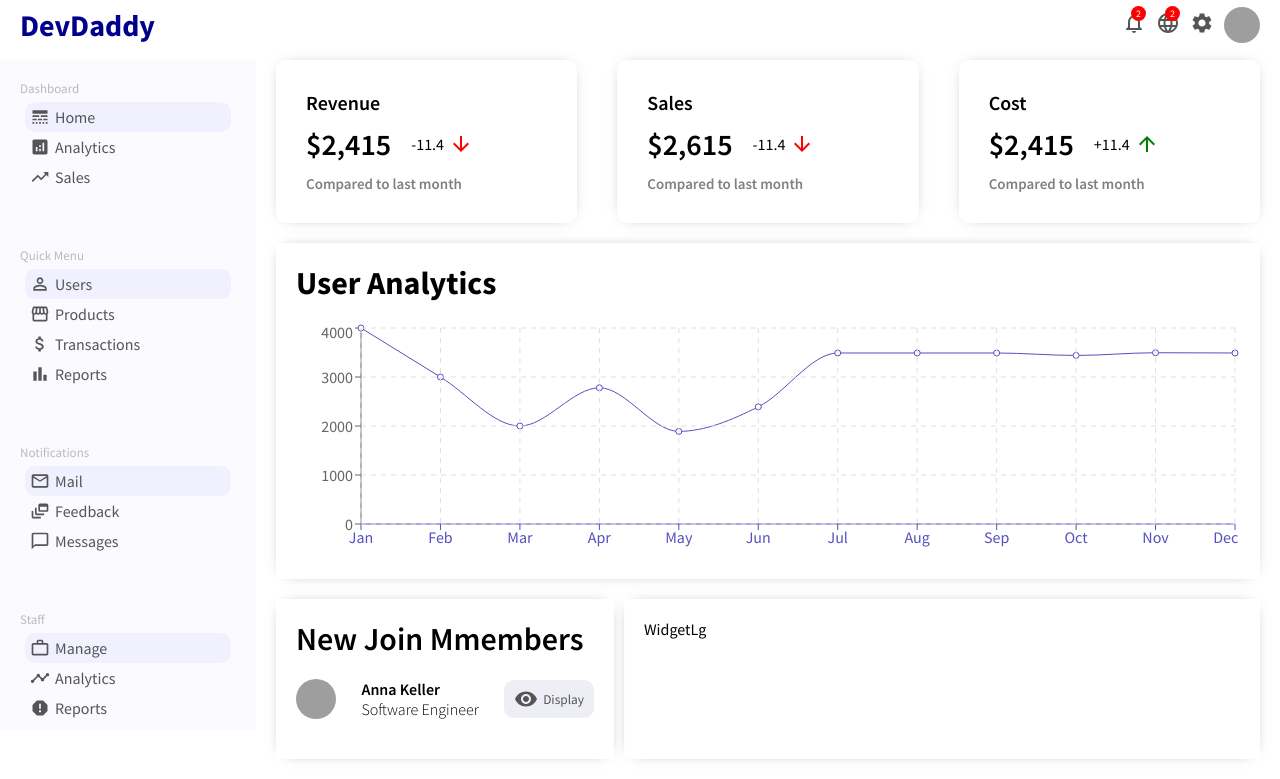
Repository: Marhamat92/react-admin-dashboard
Page: /
The author's editor kept a copy of each file at every save. The page is drawn from the files as they stood at one save, then again after the next save.
The browser window is 1280 px wide. The pictures show the whole page.
Pictures or frames that could not be fetched are drawn as grey boxes. The project was rebuilt for these pictures with package versions that can differ from the ones it lists, and the page was loaded fresh each time.

Above is the page before, as saved 2023-02-09 13:22:58.

### public/index.html
<!DOCTYPE html>
<html lang="en">

<head>
  <meta charset="utf-8" />
  <link rel="icon" href="%PUBLIC_URL%/favicon.ico" />
  <meta name="viewport" content="width=device-width, initial-scale=1" />
  <meta name="theme-color" content="#000000" />
  <meta name="description" content="Web site created using create-react-app" />
  <link rel="apple-touch-icon" href="%PUBLIC_URL%/logo192.png" />
  <link rel="preconnect" href="https://fonts.googleapis.com">
  <link rel="preconnect" href="https://fonts.gstatic.com" crossorigin>
  <link href="https://fonts.googleapis.com/css2?family=Source+Sans+Pro:wght@200;300;400;600;700;900&display=swap"
    rel="stylesheet">
  <!--
      manifest.json provides metadata used when your web app is installed on a
      user's mobile device or desktop. See https://developers.google.com/web/fundamentals/web-app-manifest/
    -->
  <link rel="manifest" href="%PUBLIC_URL%/manifest.json" />
  <!--
      Notice the use of %PUBLIC_URL% in the tags above.
      It will be replaced with the URL of the `public` folder during the build.
      Only files inside the `public` folder can be referenced from the HTML.

      Unlike "/favicon.ico" or "favicon.ico", "%PUBLIC_URL%/favicon.ico" will
      work correctly both with client-side routing and a non-root public URL.
      Learn how to configure a non-root public URL by running `npm run build`.
    -->
  <style>
    * {
      font-family: 'Source Sans Pro', sans-serif;
      margin: 0;
    }
  </style>
  <title>DevDaddy Admin Dashboard</title>
</head>

<body>
  <noscript>You need to enable JavaScript to run this app.</noscript>
  <div id="root"></div>
  <!--
      This HTML file is a template.
      If you open it directly in the browser, you will see an empty page.

      You can add webfonts, meta tags, or analytics to this file.
      The build step will place the bundled scripts into the <body> tag.

      To begin the development, run `npm start` or `yarn start`.
      To create a production bundle, use `npm run build` or `yarn build`.
    -->
</body>

</html>

### src/App.js
import Topbar from "./components/Topbar/Topbar";
import Sidebar from "./components/sidebar/Sidebar";
import "./app.scss";
import Home from "./pages/home/Home";


function App() {
  return (
    <div>
      <Topbar />
      <div className="container">
        <Sidebar />
        <Home />

      </div>
    </div>
  );
}

export default App;

### src/components/Topbar/Topbar.jsx
import React from 'react'
import "./topbar.scss"
import { Language, NotificationsNone, Settings } from '@mui/icons-material'

function Topbar() {
  return (
    <div className="topbar" >
       <div className='topbarWrapper' >
          <div className='topLeft' >
            <span className='logo'>DevDaddy</span>
          </div>
          <div className='topRight' >
             <div className='topbarIconContainer' >
               <NotificationsNone/>
                <span className='topIconBadge'>2</span>
             </div>
             <div className='topbarIconContainer' >
               <Language/>
                <span className='topIconBadge'>2</span>
             </div>
             <div className='topbarIconContainer' >
               <Settings/>
             </div>
             <img className='topAvatar' src='https://i.pinimg.com/originals/99/ee/d8/99eed8642bbb66a71d0f1677d18a2587.jpg' alt="jack sheperd" />
          </div>
       </div>
    </div>
  )
}

export default Topbar

### src/components/sidebar/Sidebar.js
import React from 'react'
import './sidebar.scss'
import { Analytics, AttachMoney, ChatBubbleOutline, DynamicFeed, LineStyle, MailOutline, PermIdentity, Report, Storefront, Timeline, TrendingUp, WorkOutline, BarChart } from '@mui/icons-material'



function Sidebar() {
  return (
    <div className='sidebar'>
      <div className='sidebarWrapper'>
        <div className='sidebarMenu' >
          <div className='sidebarTitle'>
            Dashboard
          </div>
          <ul className='sidebarList'>
            <li className='sidebarListItem active'>
              <LineStyle className='sidebarIcon' />
              Home
            </li>
            <li className='sidebarListItem'>
              <Analytics className='sidebarIcon' />
              Analytics
            </li>
            <li className='sidebarListItem'>
              <TrendingUp className='sidebarIcon' />
              Sales
            </li>
          </ul>
        </div>
      </div>

      <div className='sidebarWrapper'>
        <div className='sidebarMenu' >
          <div className='sidebarTitle'>
            Quick Menu
          </div>
          <ul className='sidebarList'>
            <li className='sidebarListItem active'>
              <PermIdentity className='sidebarIcon' />
              Users
            </li>
            <li className='sidebarListItem'>
              <Storefront className='sidebarIcon' />
              Products
            </li>
            <li className='sidebarListItem'>
              <AttachMoney className='sidebarIcon' />
              Transactions
            </li>
            <li className='sidebarListItem'>
              <BarChart className='sidebarIcon' />
              Reports
            </li>
          </ul>
        </div>
      </div>

      <div className='sidebarWrapper'>
        <div className='sidebarMenu' >
          <div className='sidebarTitle'>
            Notifications
          </div>
          <ul className='sidebarList'>
            <li className='sidebarListItem active'>
              <MailOutline className="sidebarIcon" />
              Mail
            </li>
            <li className='sidebarListItem'>
              <DynamicFeed className="sidebarIcon" />
              Feedback
            </li>
            <li className='sidebarListItem'>
              <ChatBubbleOutline className="sidebarIcon" />
              Messages
            </li>
          </ul>
        </div>
      </div>

      <div className='sidebarWrapper'>
        <div className='sidebarMenu' >
          <div className='sidebarTitle'>
            Staff
          </div>
          <ul className='sidebarList'>
            <li className='sidebarListItem active'>
              <WorkOutline className="sidebarIcon" />
              Manage
            </li>
            <li className='sidebarListItem'>
              <Timeline className="sidebarIcon" />
              Analytics
            </li>
            <li className='sidebarListItem'>
              <Report className="sidebarIcon" />
              Reports
            </li>
          </ul>
        </div>
      </div>
    </div>
  )
}

export default Sidebar

### src/app.scss
.container {
  display:flex;
  margin-top: 10px;
}

### src/pages/home/Home.js
import React from 'react'
import './home.scss'
import FeaturedInfo from '../../components/featuredInfo/FeaturedInfo'
import Chart from '../../components/chart/Chart'
import { userData } from '../../data/userData'
import WidgetSm from '../../components/widgetSm/WidgetSm'
import WidgetLg from '../../components/widgetLg/WidgetLg'

function Home() {
  return (
    <div className='home' >
      <FeaturedInfo />
      <Chart title="User Analytics" data={userData} dataKey="Active User" grid />
      <div className='homeWidgets' >
        <WidgetSm />
        <WidgetLg />
      </div>
    </div>
  )
}

export default Home

### src/components/Topbar/topbar.scss
.topbar{
  width:100%;
  height: 50px;
  background-color: white;
  position: sticky;
  top:0;
  z-index: 999;
}

.topbarWrapper{
  height: 100%;
  padding: 0px 20px;
  display: flex;
  align-items: center;
  justify-content: space-between;
}

.logo{
  font-weight:bold;
  font-size: 30px;
  color:darkblue;
  cursor: pointer;
}

.topRight{
  display:flex;
  align-items: center;
}

.topbarIconContainer{
  position:relative;
  cursor: pointer;
  margin-right:10px;
  color:#555;
}

.topIconBadge{
  width: 15px;
  height: 15px;
  display: flex;
  align-items: center;
  justify-content: center;
  position:absolute;
  top:-5px;
  right:0px;
  background-color: red;
  color:white;
  border-radius: 50%;
  font-size: 10px;
}

.topAvatar{
  width: 36px;
  height: 36px;
  border-radius: 50%;
  object-fit: cover;
  cursor: pointer;
}

### src/components/sidebar/sidebar.scss
.sidebar{
  flex:1;
  height:calc(100vh - 50px);
  background-color: rgb(251,251,255);
  position: sticky;
  top: 50px;
}

.sidebarWrapper{
  padding: 20px;
  color:#555;
}

.sidebarMenu{
  margin-bottom:10px;
}

.sidebarTitle{
  font-size: 13px;
  color:rgb(187,186,186);
}

.sidebarList{
  list-style: none;
  padding:5px;
}

.sidebarListItem{
  padding:5px;
  cursor:pointer;
  display:flex;
  align-items:center;
  border-radius: 10px;
}

.sidebarListItem.active,
.sidebarListItem:hover{
  background-color: rgb(240,240,255);
}

.sidebarIcon{
  margin-right: 5px;
  font-size: 20px !important;
}

### src/pages/home/home.scss
.home{
  flex:4;

}

.homeWidgets{
  display:flex;
  margin:20px;
}

### src/components/featuredInfo/FeaturedInfo.js
import React from 'react'
import './featuredInfo.scss'
import { ArrowDownward, ArrowUpward } from '@mui/icons-material'

function FeaturedInfo() {
  return (
    <div className='featured'>
      <div className='featuredItem'>
        <span className='featuredTitle'>Revenue</span>
        <div className='featuredMoneyContainer'>
          <span className='featuredMoney'>$2,415</span>
          <span className='featuredMoneyRate'>
            -11.4 <ArrowDownward className='featuredIcon negative' />
          </span>
        </div>
        <span className='featuredSub'>Compared to last month</span>
      </div>

      <div className='featuredItem'>
        <span className='featuredTitle'>Sales</span>
        <div className='featuredMoneyContainer'>
          <span className='featuredMoney'>$2,615</span>
          <span className='featuredMoneyRate'>
            -11.4 <ArrowDownward className='featuredIcon negative' />
          </span>
        </div>
        <span className='featuredSub'>Compared to last month</span>
      </div>

      <div className='featuredItem'>
        <span className='featuredTitle'>Cost</span>
        <div className='featuredMoneyContainer'>
          <span className='featuredMoney'>$2,415</span>
          <span className='featuredMoneyRate'>
            +11.4 <ArrowUpward className='featuredIcon positive' />
          </span>
        </div>
        <span className='featuredSub'>Compared to last month</span>
      </div>
    </div>
  )
}

export default FeaturedInfo

### src/components/chart/Chart.js
import React from 'react'
import './chart.scss'
import { LineChart, Line, XAxis, YAxis, CartesianGrid, Tooltip, Legend, ResponsiveContainer } from 'recharts';


function Chart({ title, data, dataKey, grid }) {




  return (
    <div className='chart'>
      <h1 className='chartTitle' >
        {title}
      </h1>
      <ResponsiveContainer width="100%" aspect={4 / 1} >
        <LineChart data={data}>
          <XAxis dataKey="name" stroke="#5550bd" />
          <YAxis />
          <Line type="monotone" dataKey={dataKey} stroke="#5550bd" />
          <Tooltip />
          {grid && <CartesianGrid stroke="#e0dfdf" strokeDasharray="5 5" />}
        </LineChart>
      </ResponsiveContainer>
    </div>
  )
}

export default Chart

### src/data/userData.js
export const userData = [
  {
    name: 'Jan',
    "Active User": 4000,

  },
  {
    name: 'Feb',
    "Active User": 3000,

  },
  {
    name: 'Mar',
    "Active User": 2000,

  },
  {
    name: 'Apr',
    "Active User": 2780,

  },
  {
    name: 'May',
    "Active User": 1890,

  },
  {
    name: 'Jun',
    "Active User": 2390,

  },
  {
    name: 'Jul',
    "Active User": 3490,

  },
  {
    name: 'Aug',
    "Active User": 3490,

  },
  {
    name: 'Sep',
    "Active User": 3490,

  },
  {
    name: 'Oct',
    "Active User": 3440,

  },
  {
    name: 'Nov',
    "Active User": 3495,

  },
  {
    name: 'Dec',
    "Active User": 3490,

  },
];

### src/components/widgetSm/WidgetSm.js
import React from 'react'
import './widgetSm.scss'
import { Visibility } from '@mui/icons-material'

function WidgetSm() {
  return (
    <div className='widgetSm' >
      <span className='widgetSmTitle' >
        New Join Mmembers
      </span>
      <ul className='widgetSmList' >
        <li className='widgetSmListItem' >
          <img src='https://images.pexels.com/photos/414171/pexels-photo-414171.jpeg?auto=compress&cs=tinysrgb&dpr=2&h=650&w=940' alt='' className='widgetSmImg' />
          <div className='widgetSmUser' >
            <span className='widgetSmUsername' >Anna Keller</span>
            <span className='widgetSmUserTitle' >Software Engineer</span>
          </div>
          <button className='widgetSmButton' >
            <Visibility className='widgetSmallIcon' />
            Display
          </button>
        </li>
      </ul>
    </div>
  )
}

export default WidgetSm

### src/components/widgetLg/WidgetLg.js
import React from 'react'
import './widgetLg.scss'

function WidgetLg() {
  return (
    <div className='widgetLg' >WidgetLg</div>
  )
}

export default WidgetLg

### src/components/featuredInfo/featuredInfo.scss
.featured{
  width:100%;
  display:flex;
  justify-content:space-between;
}

.featuredItem{
  flex:1;
  margin:0 20px;
  padding:30px;
  border-radius:10px;
  cursor:pointer;
  -webkit-box-shadow: 0px 0px 15px -10px rgba(0, 0, 0, 0.75);
  box-shadow: 0px 0px 15px -10px rgba(0, 0, 0, 0.75);
}

.featuredTitle{
  font-size:20px;
  font-weight:600;
  margin-bottom:10px;
}

.featuredMoneyContainer{
  display:flex;
  align-items:center;
  margin:10px 0;
}

.featuredMoney{
  font-size:30px;
  font-weight:600;

}

.featuredMoneyRate{
  display: flex;
  align-items: center;
  margin-left: 20px;
}

.featuredIcon{
  font-size:14px;
  margin-left:5px;
  color:green
}

.featuredIcon.negative{
  color:red;
}

.featuredSub{
  font-size:15px;
  font-weight:600;
  color:gray;
}

### src/components/chart/chart.scss
.chart{
  margin: 20px;
  padding: 20px;
  -webkit-box-shadow: 0px 0px 15px -10px rgba(0, 0, 0, 0.75);
  box-shadow: 0px 0px 15px -10px rgba(0, 0, 0, 0.75);
}

.chartTitle{
  margin-bottom: 20px;
}

### src/components/widgetSm/widgetSm.scss
.widgetSm{
  flex:1;
  -webkit-box-shadow: 0px 0px 15px -10px rgba(0, 0, 0, 0.75);
  box-shadow: 0px 0px 15px -10px rgba(0, 0, 0, 0.75);
  padding:20px;
  margin-right: 10px;
}

.widgetSmTitle{
  font-size:32px;
  font-weight: 600;
}

.widgetSmImg{
  width:40px;
  height:40px;
  border-radius: 50%;
  object-fit: cover;
}

.widgetSmList{
  margin: 0;
  padding:0;
  list-style: none;}


.widgetSmListItem{
  display: flex;
  align-items: center;
  justify-content: space-between;
  margin: 20px 0px;
}

.widgetSmUser{
  display:flex;
  flex-direction: column;
}

.widgetSmUsername{
  font-weight: 600;
}

.widgetSmUserTitle{
  font-weight:300;
}

.widgetSmButton{
  display: flex;
  align-items: center;
  border:none;
  border-radius: 10px;
  padding:7px 10px;
  background-color: #eeeef7;
  color:#555;
  cursor: pointer;
}

.widgetSmallIcon{
  font-size: 16px;
  margin-right: 5px;
}

### src/components/widgetLg/widgetLg.scss
.widgetLg{
  flex:2;
  -webkit-box-shadow: 0px 0px 15px -10px rgba(0, 0, 0, 0.75);
  box-shadow: 0px 0px 15px -10px rgba(0, 0, 0, 0.75);
  padding:20px;
}

Loaded but not shown: src/index.js (common file)

After the next save:
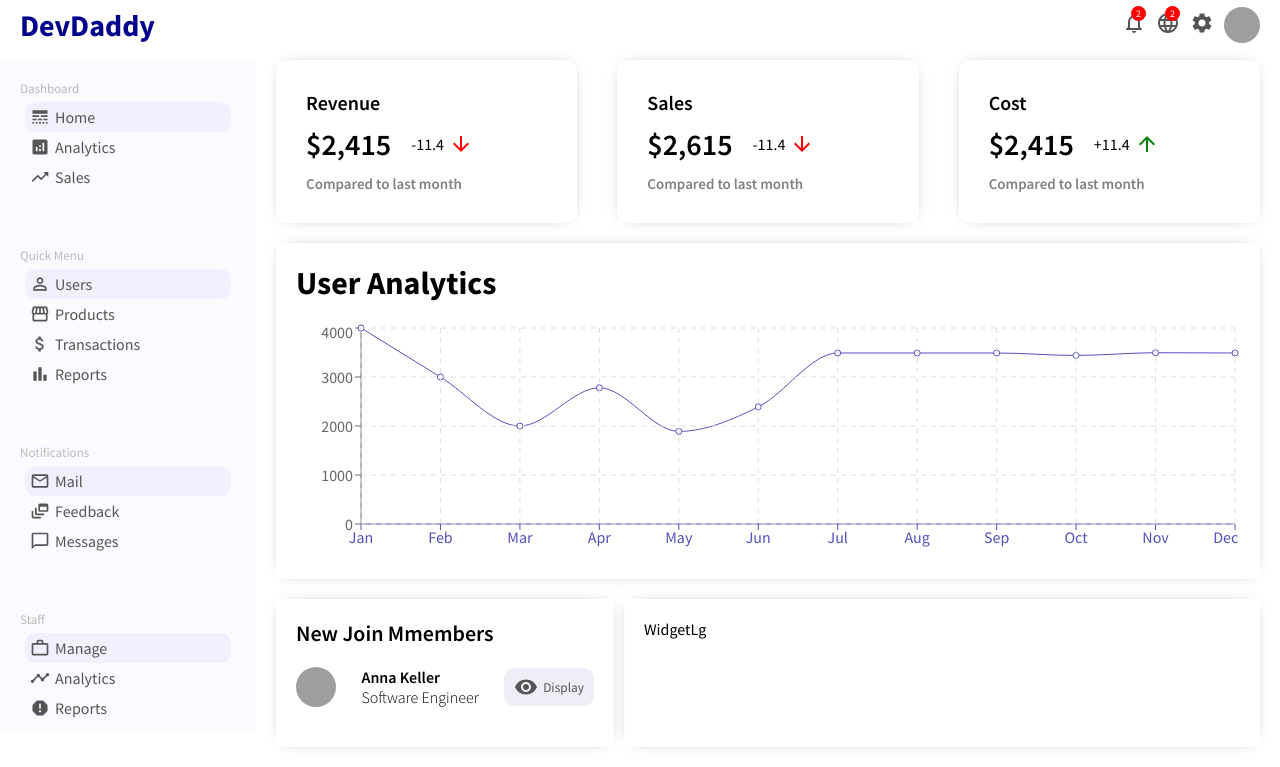
Saved 70 s later.
--- a/src/components/widgetSm/widgetSm.scss
+++ b/src/components/widgetSm/widgetSm.scss
@@ -7,7 +7,7 @@
 }
 
 .widgetSmTitle{
-  font-size:32px;
+  font-size:22px;
   font-weight: 600;
 }
 
